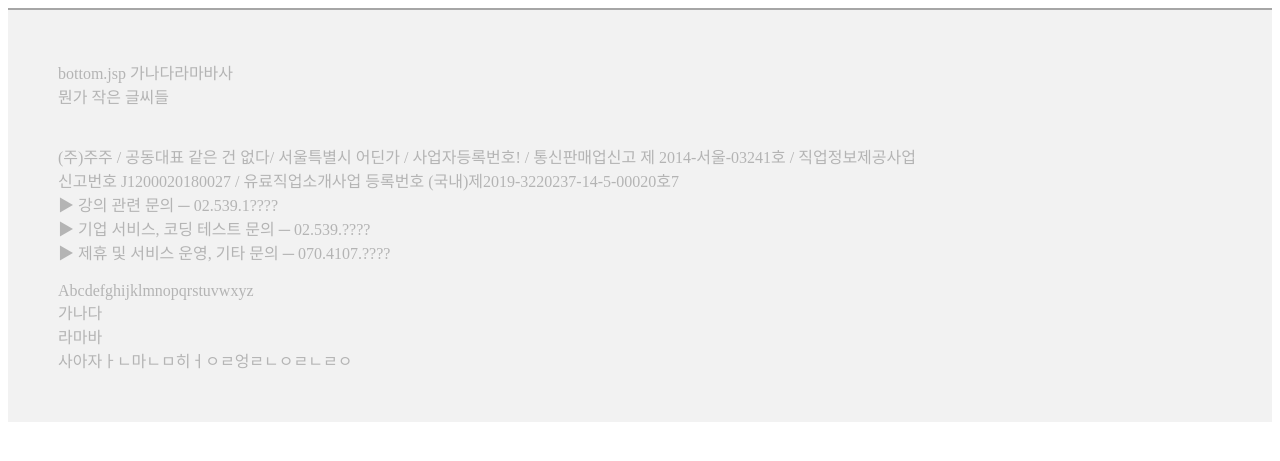
Repository: seo0tak/UBI-Study
Page: http://localhost/UBIstudy/WEB-INF/ubi/bottom.jsp
The author's editor kept a copy of each file at every save. The page is drawn from the files as they stood at one save, then again after the next save.
The browser window is 1280 px wide. The pictures show the whole page.
The page is served by Tomcat 9. Nobody is signed in. Other server files are loaded and not shown. The template is opened directly, without the code that normally fills it, so the values that code supplies are empty.

Above is the page before, as saved 2019-09-07 05:32:11.

### UBIstudy/src/main/webapp/WEB-INF/ubi/bottom.jsp
<%@ page language="java" contentType="text/html; charset=UTF-8"
    pageEncoding="UTF-8"%>
<!DOCTYPE html PUBLIC "-//W3C//DTD HTML 4.01 Transitional//EN" "http://www.w3.org/TR/html4/loose.dtd">
<html>
<head>
<meta http-equiv="Content-Type" content="text/html; charset=UTF-8">
<title>Insert title here</title>
</head>
<body>
<div id="bottom" style="background-color: rgb(242,242,242);padding: 50px;border-top:2px solid rgb(166,166,166);color: rgb(180,180,180);">
bottom.jsp
가나다라마바사<br>
뭔가 작은 글씨들<br>
<br>
<br>
(주)주주 / 공동대표 같은 건 없다/ 서울특별시 어딘가 / 사업자등록번호! / 통신판매업신고 제 2014-서울-03241호 / 직업정보제공사업<br>
신고번호 J1200020180027 / 유료직업소개사업 등록번호 (국내)제2019-3220237-14-5-00020호7<br>
▶ 강의 관련 문의 ─ 02.539.1????<br>
▶ 기업 서비스, 코딩 테스트 문의 ─ 02.539.????<br>
▶ 제휴 및 서비스 운영, 기타 문의 ─ 070.4107.????<br>
<br>
Abcdefghijklmnopqrstuvwxyz<br>
가나다<br>
라마바<br>
사아자ㅏㄴ마ㄴㅁ히ㅓㅇㄹ엉ㄹㄴㅇㄹㄴㄹㅇ<br>
</div>
</body>
</html>

After the next save:
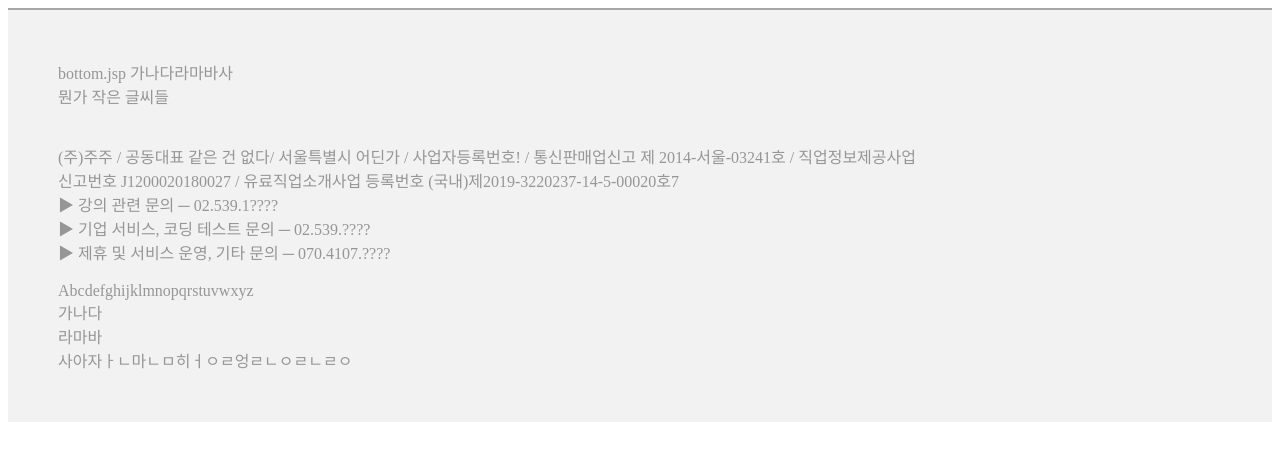
Saved 18 s later.
--- a/UBIstudy/src/main/webapp/WEB-INF/ubi/bottom.jsp
+++ b/UBIstudy/src/main/webapp/WEB-INF/ubi/bottom.jsp
@@ -7,7 +7,7 @@
 <title>Insert title here</title>
 </head>
 <body>
-<div id="bottom" style="background-color: rgb(242,242,242);padding: 50px;border-top:2px solid rgb(166,166,166);color: rgb(180,180,180);">
+<div id="bottom" style="background-color: rgb(242,242,242);padding: 50px;border-top:2px solid rgb(166,166,166);color: rgb(150,150,150);">
 bottom.jsp
 가나다라마바사<br>
 뭔가 작은 글씨들<br>
